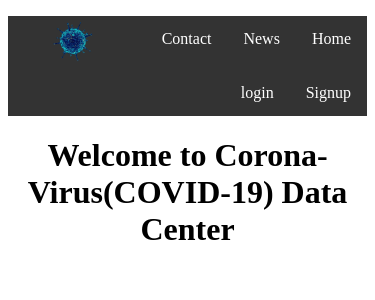
Repository: xthashankar/COVID-19-data-
Page: news.html
The author's editor kept a copy of each file at every save. The page is drawn from the files as they stood at one save, then again after the next save.
The browser window is 375 px wide. The pictures show the whole page.
The page's requests for data from a server got no answer.

Above is the page before, as saved 2020-04-10 16:21:25.

After the next save:
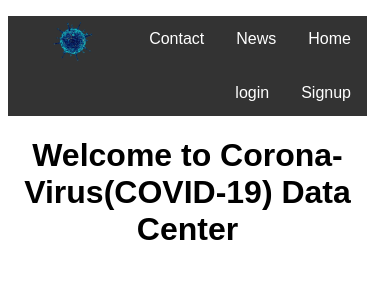
Saved 83 s later.
--- a/css/news.css
+++ b/css/news.css
@@ -23,3 +23,44 @@ img{
     width:50px;
     height:50px;
 }
+* {
+    box-sizing: border-box;
+  }
+
+  body {
+    font-family: Arial, Helvetica, sans-serif;
+  }
+
+  /* Float four columns side by side */
+  .column {
+    float: left;
+    width: 25%;
+    padding: 0 10px;
+  }
+
+  /* Remove extra left and right margins, due to padding */
+  .row {margin: 0 -5px;}
+
+  /* Clear floats after the columns */
+  .row:after {
+    content: "";
+    display: table;
+    clear: both;
+  }
+
+  /* Responsive columns */
+  @media screen and (max-width: 600px) {
+    .column {
+      width: 100%;
+      display: block;
+      margin-bottom: 20px;
+    }
+  }
+
+  /* Style the counter cards */
+  .card {
+    box-shadow: 0 4px 8px 0 rgba(0, 0, 0, 0.2);
+    padding: 16px;
+    text-align: center;
+    background-color: #f1f1f1;
+  }
